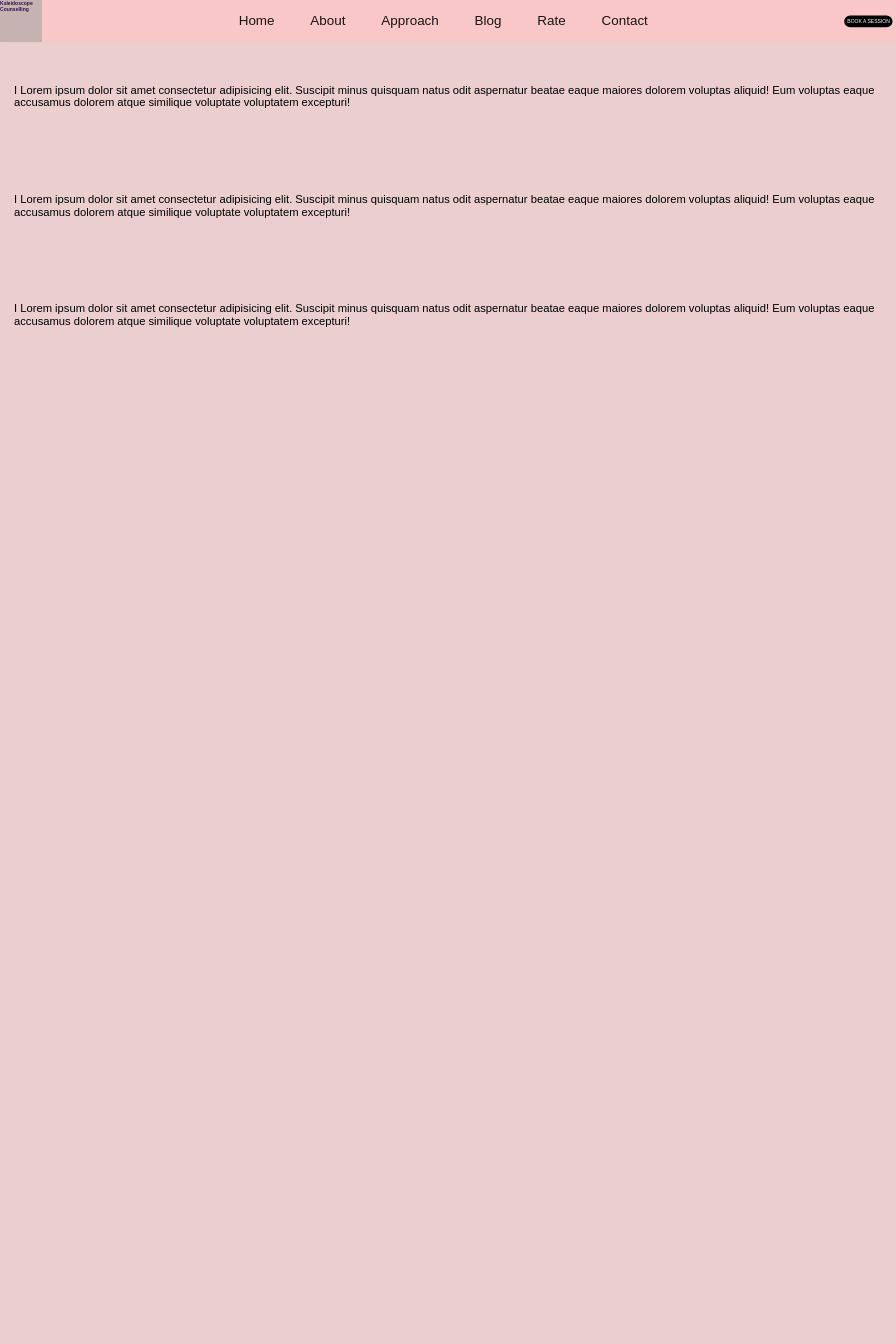
Repository: voutadi/ava-website
Page: index.html
The author's editor kept a copy of each file at every save. The page is drawn from the files as they stood at one save, then again after the next save.
The browser window is 1280 px wide. The pictures show the part of the page from y = 0 to 1920 px (the page is 3120 px tall), at 70% of full size.

Above is the page before, as saved 2024-07-04 02:09:12.

### index.html
<!DOCTYPE html>
<html lang="en">
  <head>
    <meta charset="UTF-8" />
    <meta name="viewport" content="width=device-width, initial-scale=1.0" />
    <link rel="stylesheet" href="styles/style.css" />

    <title>Kaleidoscope Counselling</title>
  </head>
  <body>
    <header>
      <div class="logo-container">
        <div class="logo">
          Kaleidoscope <br />
          Counselling
        </div>
      </div>
      <nav class="navbar">
        <ul>
          <li><a href="#home">Home</a></li>
          <li><a href="#about">About</a></li>
          <li><a href="#approach">Approach</a></li>
          <li><a href="#blog">Blog</a></li>
          <li><a href="#rate">Rate</a></li>
          <li><a href="#contact">Contact</a></li>
        </ul>
      </nav>
      <button>BOOK A SESSION</button>
    </header>

    <p>
      I Lorem ipsum dolor sit amet consectetur adipisicing elit. Suscipit minus
      quisquam natus odit aspernatur beatae eaque maiores dolorem voluptas
      aliquid! Eum voluptas eaque accusamus dolorem atque similique voluptate
      voluptatem excepturi!
    </p>
    <p>
      I Lorem ipsum dolor sit amet consectetur adipisicing elit. Suscipit minus
      quisquam natus odit aspernatur beatae eaque maiores dolorem voluptas
      aliquid! Eum voluptas eaque accusamus dolorem atque similique voluptate
      voluptatem excepturi!
    </p>
    <p>
      I Lorem ipsum dolor sit amet consectetur adipisicing elit. Suscipit minus
      quisquam natus odit aspernatur beatae eaque maiores dolorem voluptas
      aliquid! Eum voluptas eaque accusamus dolorem atque similique voluptate
      voluptatem excepturi!
    </p>
  </body>
</html>

### styles/style.css
* {
  margin: 0;
  padding: 0;
  box-sizing: border-box;
}
body {
   background-color: #ebcfcf;
  height: 3000px;
  font-family: Arial, Helvetica, sans-serif;
  font-size: 1rem;
}
header {
  max-width: 100%; /*Make sure Take all of her parent element(body)on all different devices .*/
  height: 60px;
  position: fixed;
  top: 0;
  left: 0;
  right: 0;
  background-color: #f9c7c7;

  display: flex;
  justify-content: space-between;
  align-items: center;

  box-shadow: 0 2px 4px rgba(243, 172, 172, 0.15); /* Adds a subtle shadow for depth, optional */
}
.logo-container {
  width: 60px;/* Put condition for smaller or biger divice*/


  background-color: #c7b2b2;
  height: 60px;
}
.logo {
  color: rgb(50, 21, 77);
  font-size: 0.45rem;
  font-weight: bold;
}

.navbar ul {
  display: flex;
  flex: 1;
  justify-content: center;
  list-style-type: none;
  flex-wrap: wrap;
}
.navbar li {
  display: flex;
  justify-content: end;
  margin: 1rem;
}
.navbar a {
  font-size: 20px;
  color: rgb(25, 20, 20);
  font-weight: 500;

  text-decoration: none;
}
.navbar a:hover {
  background-color: rgb(192, 175, 175);
  padding: 2px 4px;
  border-radius: 6px;
  transition: 0.15s;
}

.navbar a:active {
  background-color: rgb(176, 163, 163);




}

button {
  background-color: black;
  color: white;
  font-size: 1rem;
  padding: 8px 12px;
  margin-right: 1.5rem;
  border-width: 2px;
  border-style: solid;
  border-radius: 20px;
  cursor: pointer;
}
button:hover {
  background-color:white;

  color:black;
  transition: 0.15s;
  padding: 12px 18px;
}
button:active {
  padding: 18px 24px;
}
p {
  margin-top: 120px;
  margin-left: 20px;
}
@media (max-width: 380px) {
  body {
    font-size: 0.35rem;
  }
   /* Smaller font size */

  }


  button {
    font-size: 0.45rem;
    padding: 2px;
    margin-right: 0.3rem;

  }
  button:hover {
    font-size: 0.45rem;
    padding: 2px;


  }
  button:active {
    padding: 3px;
  }
  .navbar li {
    margin: 0.18rem;
  }
  .navbar a {
    font-size: 0.5rem;
  }


@media (min-width: 381px) and (max-width: 600px) {
  body {
    font-size: 0.5rem;
  } /* Smaller font size */
  button {
    font-size: 0.5rem;
    padding: 2px 4px;
    margin-right: 0.5rem;
    border-radius: 10px;
  }
  button:hover {
    font-size: 0.5rem;
    padding: 2px;
  }
  button:active {
    padding: 3px;
  }
  .navbar li {
    margin: 0.3rem;
  }
  .navbar a {
    font-size: 0.6rem;
  }
}
@media (min-width: 601px) and (max-width: 900px) {
  body {
    font-size: 0.75rem;
  } /* Smaller font size */
  button {
    font-size: 0.75rem;
    padding: 2px 4px;
    margin-right: 0.75rem;
    border-radius: 10px;
  }
  button:hover {
    font-size: 0.75rem;
    padding: 2px;
  }
  button:active {
    padding: 3px;
  }
  .navbar li {
    margin: 0.5rem;
  }
  .navbar a {
    font-size: 0.8rem;
  }
}
@media (min-width:901px){
  .navbar a {
    font-size: 1.2rem;


  }
  .navbar li {
    margin: 1.6rem;
  }



}

After the next save:
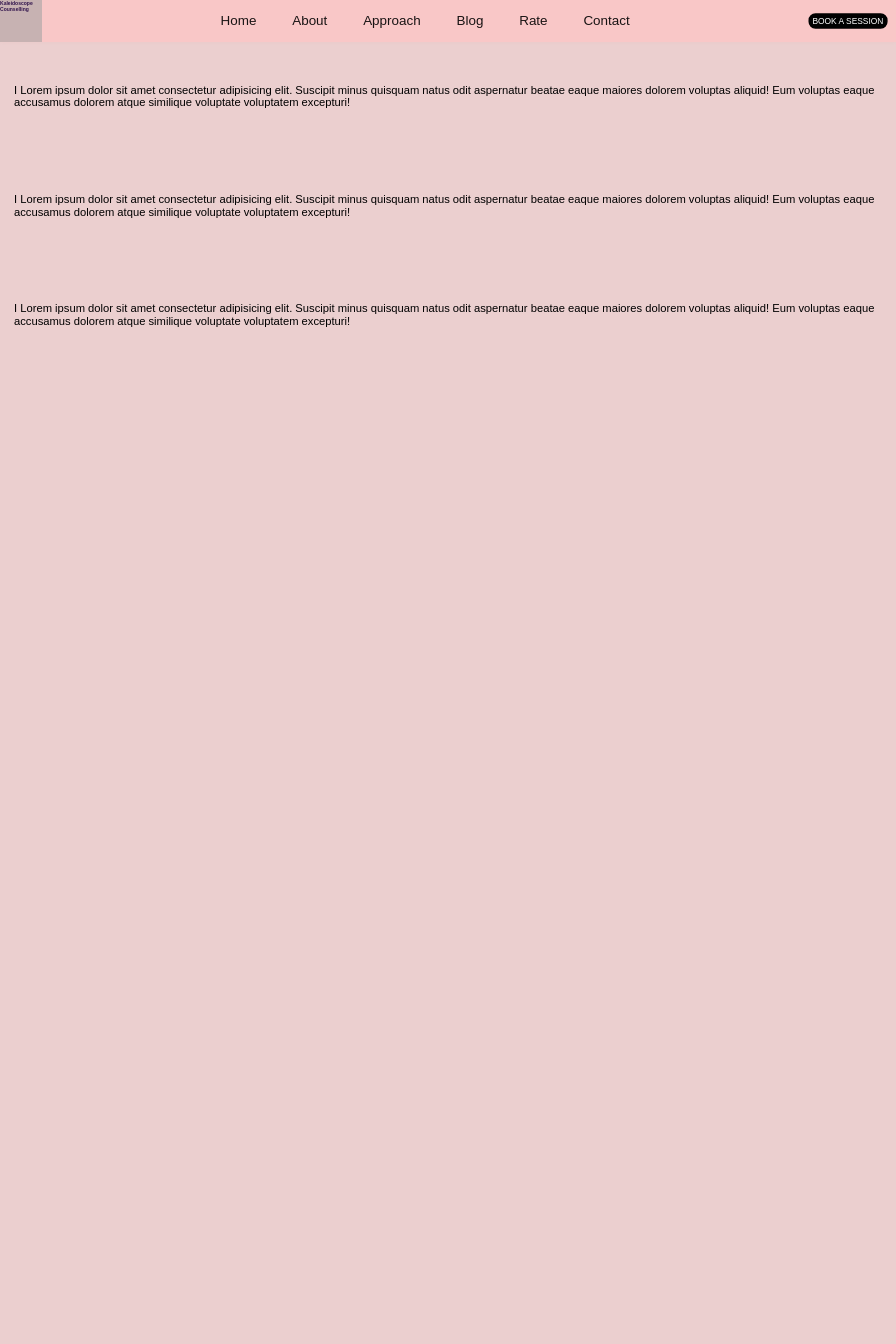
Saved 9 s later.
--- a/styles/style.css
+++ b/styles/style.css
@@ -185,7 +185,19 @@
   .navbar li {
     margin: 1.6rem;
   }
-
-
-
-}
+  button {
+    font-size: 0.75rem;
+    padding: 2px 4px;
+    margin-right: 0.75rem;
+    border-radius: 10px;
+  }
+  button:hover {
+    font-size: 0.75rem;
+    padding: 2px;
+  }
+  button:active {
+    padding: 3px;
+  }
+
+
+}
